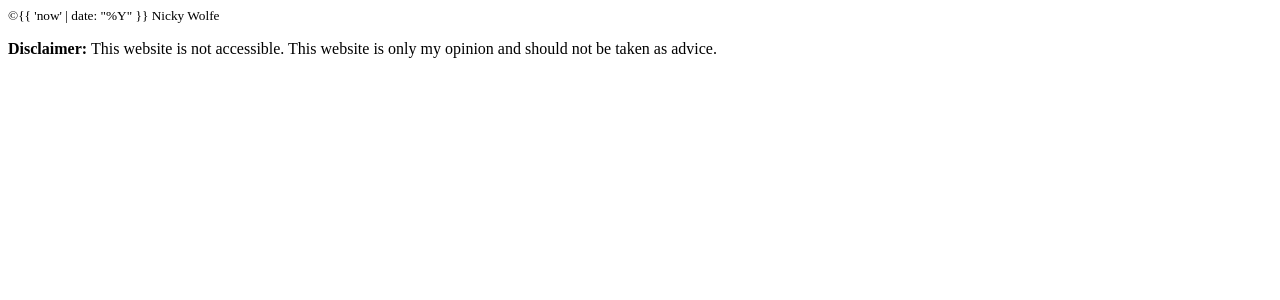
Repository: nikkitaylorwolfe/wcag-in-english
Page: _includes/footer.html
These files come from the project's save history. The page is drawn as it stood at one moment and after the next save; the edit follows.
The browser window is 1280 px wide. The pictures show the whole page.

Above is the page before, as saved 2022-11-17 17:43:35.

After the next save:
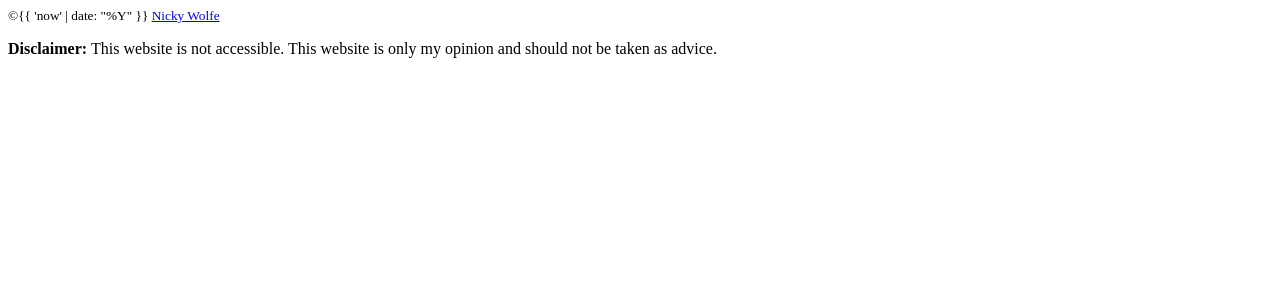
Saved 31 s later.
--- a/_includes/footer.html
+++ b/_includes/footer.html
@@ -1,6 +1,11 @@
         <footer class="main-footer wo-full pv">
             <div class="p col-1-9 m-col-1-9 s-col-1-5">
-                <small class="editable">©{{ 'now' | date: "%Y" }} Nicky Wolfe </small>
+                <small class="editable">
+                    ©{{ 'now' | date: "%Y" }}
+                    <a href="https://nicky.dev">
+                        Nicky Wolfe
+                    </a>
+                </small>
             </div>
             <p class="p col-9-13 m-col-1-9 s-col-1-5">
                 <strong>
